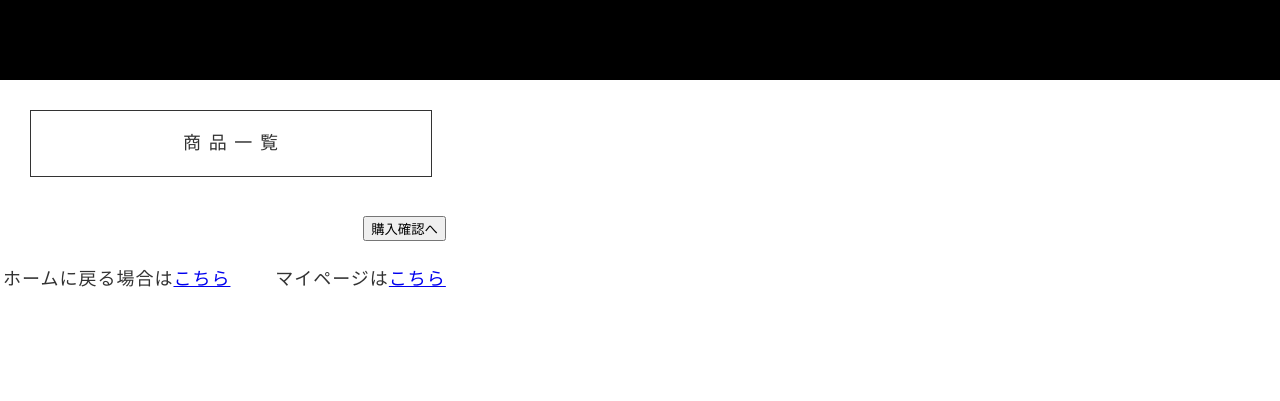
Repository: pokopen-6/test
Page: http://localhost/wood/buyItem.jsp
An editor plug-in stored every save of this project. The page is shown before and after the next save, followed by the edit.
The browser window is 1280 px wide. The pictures show the whole page.
The page is served by Tomcat 9.

Above is the page before, as saved 2018-04-25 06:49:46.

After the next save:
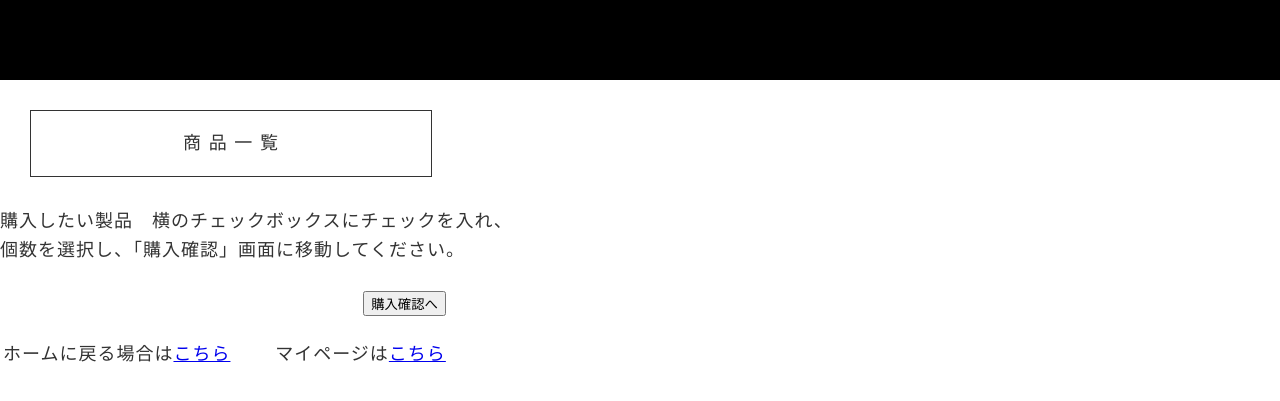
Saved 113 s later.
--- a/wood/WebContent/buyItem.jsp
+++ b/wood/WebContent/buyItem.jsp
@@ -63,6 +63,8 @@
 		<div id="top">
 			<p> 商  品  一  覧 </p>
 		</div>
+		<p>購入したい製品　横のチェックボックスにチェックを入れ、<br>
+			個数を選択し、「購入確認」画面に移動してください。</p>
 		<div class="itemList">
 		<s:form action="BuyItemAction">
 		<table>
